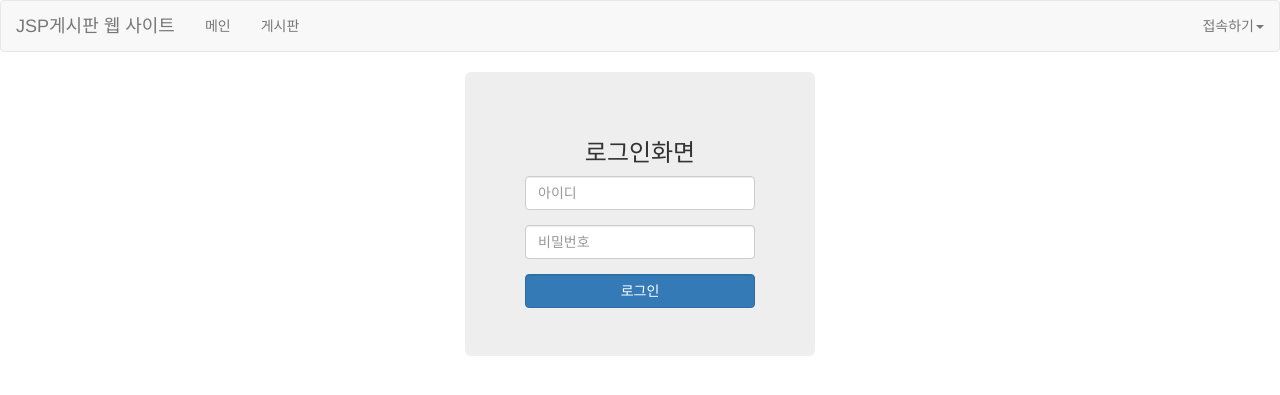
Repository: endol007/TripPuzzle
Page: http://localhost/BBS/main.jsp
An editor plug-in stored every save of this project. The page is shown before and after the next save, followed by the edit.
The browser window is 1280 px wide. The pictures show the whole page.
Some web libraries are served in a nearby version. The page is served by Tomcat 9.

Above is the page before, as saved 2019-08-20 16:57:58.

After the next save:
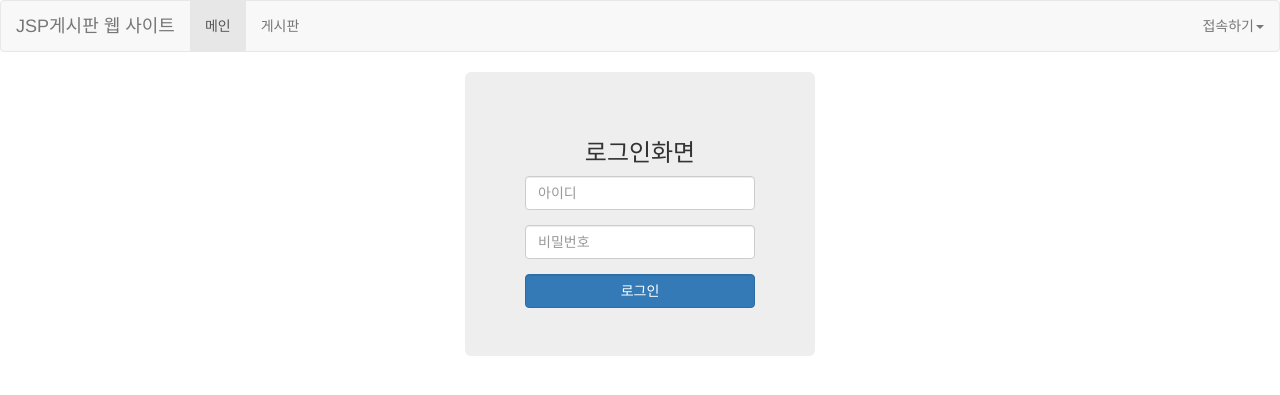
Saved 4 min 39 s later.
--- a/Yun/JSP 커뮤니티/Project/BBS/WebContent/main.jsp
+++ b/Yun/JSP 커뮤니티/Project/BBS/WebContent/main.jsp
@@ -30,19 +30,38 @@
 </div>
 <div class="collapse navbar-collapse" id="bs-example-navbar-collapse-1">
 <ul class="nav navbar-nav">
-<li><a href="main.jsp">메인</a></li>
+<li class="active"><a href="main.jsp">메인</a></li>
 <li><a href="bbs.jsp">게시판</a></li>
 </ul>
-<ul class="nav navbar-nav navbar-right">
+<%
+	if(userID==null){
+		%>
+		<ul class="nav navbar-nav navbar-right">
 <li class="dropdown">
 <a href="#" class="dropdown-toggle"
 data-toggle="dropdown" role="button" aria-haspopup="true"
 aria-expanded="false">접속하기<span class="caret"></span></a>
 <ul class="dropdown-menu">
-<li class="active"><a href="login.jsp">로그인</a></li>
+<li><a href="login.jsp">로그인</a></li>
 <li><a href="join.jsp">회원가입</a></li>
 </ul>
 </li></ul>
+		<%
+	} else{
+		%>
+		<ul class="nav navbar-nav navbar-right">
+<li class="dropdown">
+<a href="#" class="dropdown-toggle"
+data-toggle="dropdown" role="button" aria-haspopup="true"
+aria-expanded="false">회원관리<span class="caret"></span></a>
+<ul class="dropdown-menu">
+<li><a href="logoutAction.jsp">로그아웃</a></li>
+</ul>
+</li></ul>
+		<%
+	}
+%>
+
 </div>
 </nav>
 <div class="container">
